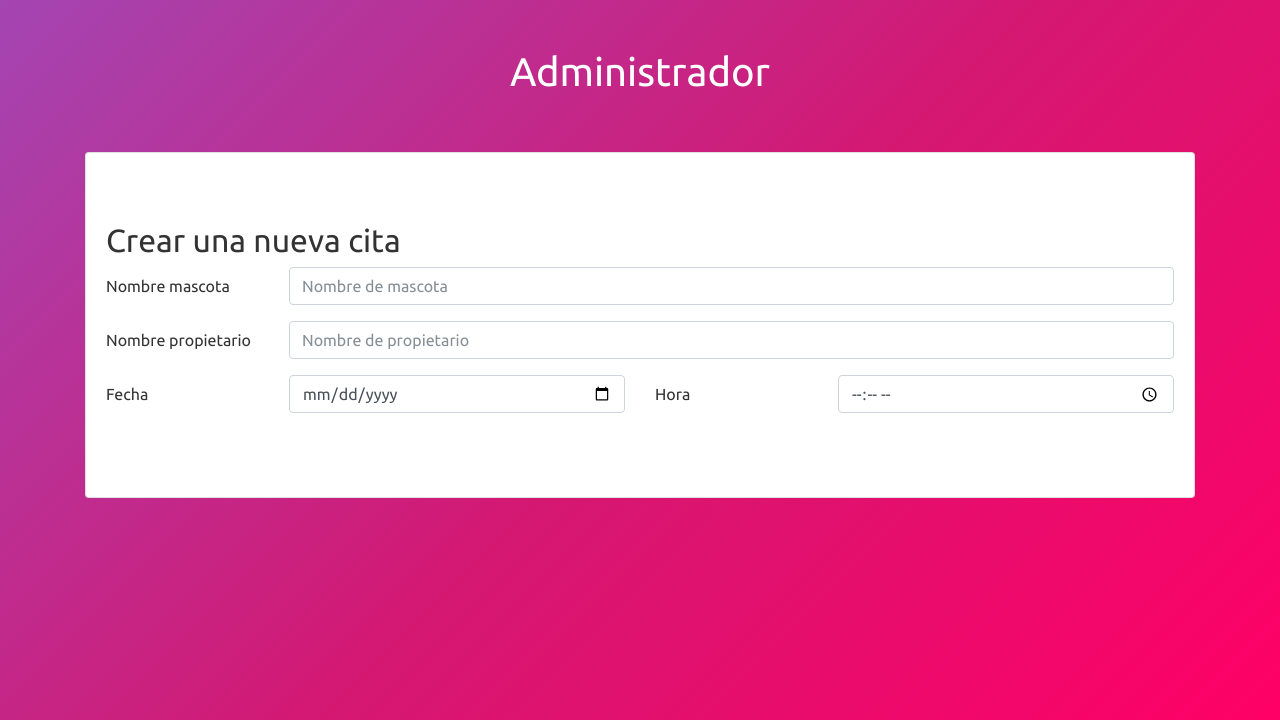
Repository: harrycampaz/react-veterinario-form
Page: /
These files come from the project's save history. The page is drawn as it stood at one moment and after the next save; the edit follows.
The browser window is 1280 px wide. The pictures show the whole page.
The project was rebuilt for these pictures with package versions that can differ from the ones it lists, and the page was loaded fresh each time.

Above is the page before, as saved 2020-01-16 14:24:16.

### src/App.js
import React, { Component } from "react";
import "./bootstrap.min.css";
import Header from "./components/ui/Header";
import NuevaCita from "./components/layout/NuevaCita";

class App extends Component {
  state = {};
  render() {
    return (
      <div className="container">
        <Header titulo="Administrador" />
        <div className="row">
          <div className="col-md-12 max-auto">
            <NuevaCita />
          </div>
        </div>
      </div>
    );
  }
}

export default App;

### src/components/ui/Header.js
import React from 'react';

const Header = ({titulo}) => {
    return (
      <header>
<h1 className="text-center"> {titulo}</h1>
      </header>
    );
};

export default Header;

### src/components/layout/NuevaCita.js
import React, { Component } from "react";

class NuevaCita extends Component {
  render() {
    return (

      <div className="card mt-5 py-5">
        <div className="card-body">
          <h2> Crear una nueva cita</h2>
        <form>
          <div class="form-group row">
            <label className="col-sm-4 col-lg-2 col-form-label" for="nombre">
              Nombre mascota
            </label>
            <div className="col-sm-8 col-lg-10">
              <input
                type="text"
                className="form-control"
                name="mascota"
                id="mascota"
                aria-describedby="emailHelpId"
                placeholder="Nombre de mascota"
              />
            </div>
          </div>
          <div class="form-group row">
            <label className="col-sm-4 col-lg-2 col-form-label" for="nombre">
              Nombre propietario
            </label>
            <div className="col-sm-8 col-lg-10">
              <input
                type="text"
                className="form-control"
                name="propietario"
                id="propietario"
                aria-describedby="emailHelpId"
                placeholder="Nombre de propietario"
              />
            </div>
          </div>

          <div class="form-group row">
            <label className="col-sm-4 col-lg-2 col-form-label" for="nombre">
              Fecha
            </label>
            <div className="col-sm-8 col-lg-4">
              <input
                type="date"
                className="form-control"
                name="fecha"
                id="fecha"
                aria-describedby="emailHelpId"
              />
            </div>

            <label className="col-sm-4 col-lg-2 col-form-label" for="nombre">
              Hora
            </label>
            <div className="col-sm-8 col-lg-4">
              <input
                type="time"
                className="form-control"
                name="propietario"
                id="propietario"
                aria-describedby="emailHelpId"
                placeholder="Nombre de propietario"
              />
            </div>
          </div>
        </form>
      </div>
      </div>
    );
  }
}

export default NuevaCita;

Loaded but not shown: public/index.html (common file); src/index.js (common file); src/index.css (common file); src/serviceWorker.js (common file); src/bootstrap.min.css (library)

After the next save:
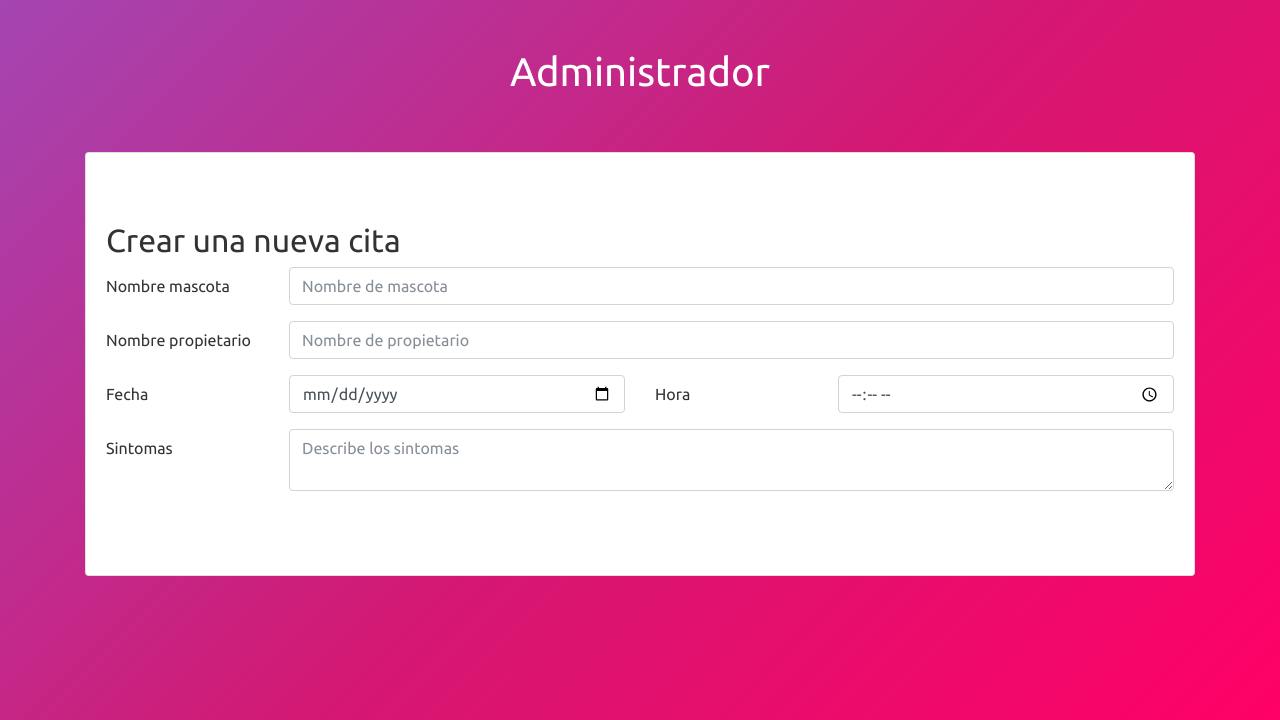
Saved 79 s later.
--- a/src/components/layout/NuevaCita.js
+++ b/src/components/layout/NuevaCita.js
@@ -67,6 +67,22 @@ class NuevaCita extends Component {
               />
             </div>
           </div>
+
+          <div class="form-group row">
+            <label className="col-sm-4 col-lg-2 col-form-label" for="nombre">
+              Sintomas
+            </label>
+            <div className="col-sm-8 col-lg-10">
+              <textarea
+                type="text"
+                className="form-control"
+                name="propietario"
+                id="propietario"
+                aria-describedby="emailHelpId"
+                placeholder="Describe los sintomas"
+              ></textarea>
+            </div>
+          </div>
         </form>
       </div>
       </div>
